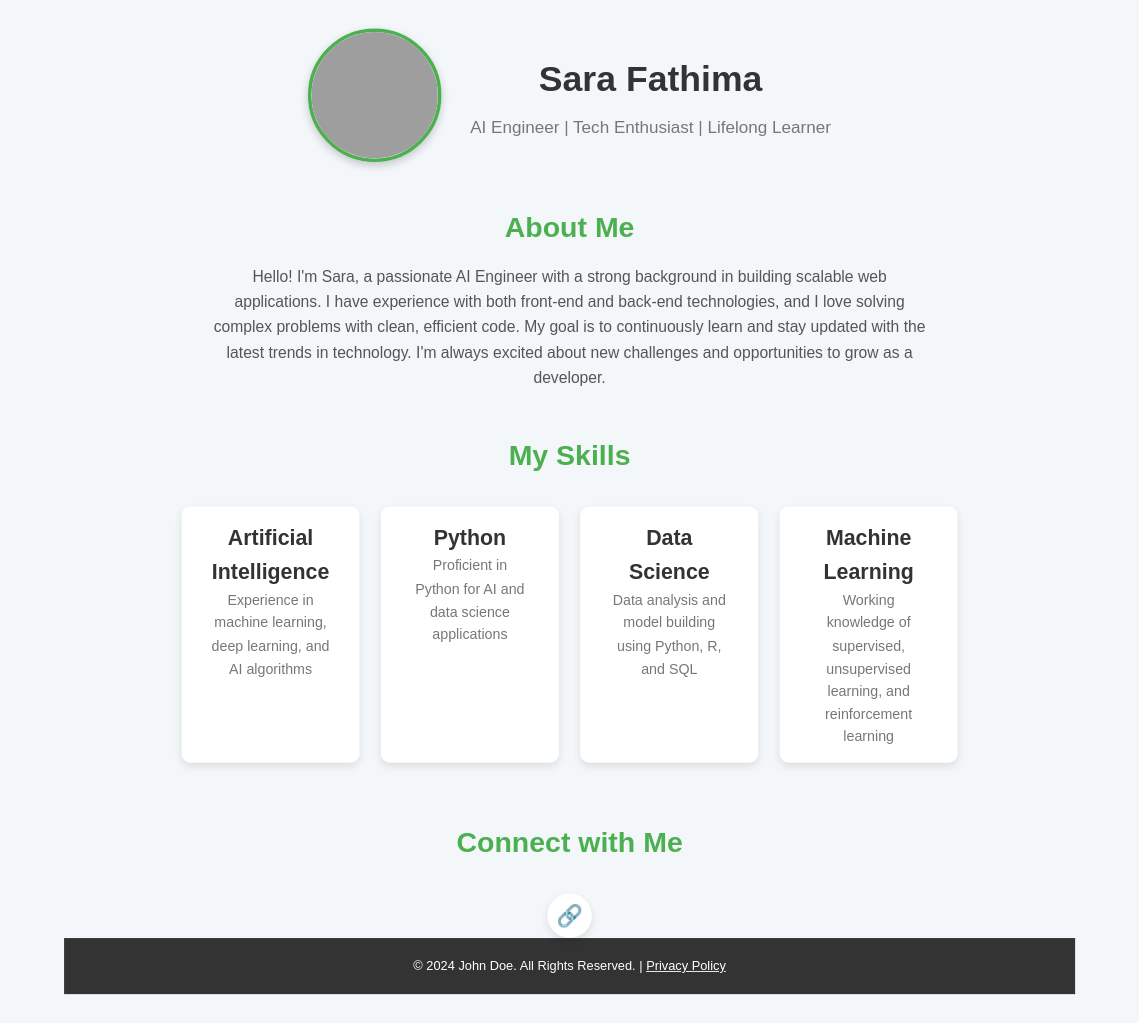
Repository: Syed1818/project
Page: profile.html
These files come from the project's save history. The page is drawn as it stood at one moment and after the next save; the edit follows.
The browser window is 1280 px wide. The pictures show the whole page, at 89% of full size.
Pictures or frames that could not be fetched are drawn as grey boxes.

Above is the page before, as saved 2024-12-02 21:00:40.

### profile.html
<!DOCTYPE html>
<html lang="en">
<head>
    <meta charset="UTF-8">
    <meta name="viewport" content="width=device-width, initial-scale=1.0">
    <title>Your Profile</title>
    <style>
        /* Reset and Basic Styles */
        * {
            margin: 0;
            padding: 0;
            box-sizing: border-box;
        }

        body {
            font-family: 'Arial', sans-serif;
            background-color: #f4f7fa;
            color: #333;
            line-height: 1.6;
        }

        /* Profile Section */
        .profile-container {
            max-width: 1200px;
            margin: 0 auto;
            padding: 2rem;
        }

        .profile-header {
            display: flex;
            justify-content: center;
            align-items: center;
            text-align: center;
            margin-bottom: 3rem;
        }

        .profile-header img {
            width: 150px;
            height: 150px;
            border-radius: 50%;
            border: 4px solid #4CAF50;
            margin-right: 2rem;
            box-shadow: 0 4px 10px rgba(0, 0, 0, 0.2);
        }

        .profile-header h1 {
            font-size: 2.5rem;
            color: #333;
            margin-bottom: 0.5rem;
        }

        .profile-header p {
            font-size: 1.2rem;
            color: #777;
        }

        /* About Section */
        .about-section {
            text-align: center;
            margin-bottom: 3rem;
        }

        .about-section h2 {
            font-size: 2rem;
            color: #4CAF50;
            margin-bottom: 1rem;
        }

        .about-section p {
            font-size: 1.1rem;
            color: #555;
            max-width: 800px;
            margin: 0 auto;
        }

        /* Skills Section */
        .skills-section {
            margin-bottom: 4rem;
        }

        .skills-section h2 {
            font-size: 2rem;
            color: #4CAF50;
            text-align: center;
            margin-bottom: 2rem;
        }

        .skills-list {
            display: flex;
            justify-content: center;
            flex-wrap: wrap;
            gap: 1.5rem;
        }

        .skill {
            background-color: #fff;
            border-radius: 10px;
            padding: 1rem 2rem;
            box-shadow: 0 4px 10px rgba(0, 0, 0, 0.1);
            transition: all 0.3s ease;
            text-align: center;
            width: 200px;
        }

        .skill:hover {
            transform: translateY(-10px);
            box-shadow: 0 8px 15px rgba(0, 0, 0, 0.2);
        }

        .skill h3 {
            font-size: 1.5rem;
            color: #333;
        }

        .skill p {
            font-size: 1rem;
            color: #777;
        }

        /* Social Media Section */
        .social-media {
            text-align: center;
            margin-top: 3rem;
        }

        .social-media h2 {
            font-size: 2rem;
            color: #4CAF50;
            margin-bottom: 2rem;
        }

        .social-media ul {
            list-style: none;
            display: flex;
            justify-content: center;
            gap: 1.5rem;
        }

        .social-media ul li {
            width: 50px;
            height: 50px;
            background-color: #fff;
            border-radius: 50%;
            display: flex;
            justify-content: center;
            align-items: center;
            box-shadow: 0 4px 10px rgba(0, 0, 0, 0.1);
            transition: transform 0.3s ease;
        }

        .social-media ul li:hover {
            transform: translateY(-5px);
        }

        .social-media ul li a {
            color: #333;
            font-size: 1.5rem;
            text-decoration: none;
        }

        .social-media ul li a:hover {
            color: #4CAF50;
        }

        /* Footer */
        footer {
            text-align: center;
            padding: 20px 20px;
            top: 10px;
            background-color: #333;
            color: white;
        }

        footer p {
            font-size: 0.9rem;
        }
    </style>
</head>
<body>

    <div class="profile-container">
        <!-- Profile Header -->
        <div class="profile-header">
            <img src="https://media.licdn.com/dms/image/v2/D4E03AQGuGxKQycFC0g/profile-displayphoto-shrink_400_400/profile-displayphoto-shrink_400_400/0/1713798304352?e=1737590400&v=beta&t=i2s9TJBFsF-2XZcw2WneA0de2JTcgz8lsbHUMZ2WS6g" alt="Profile Picture">
            <div>
                <h1>Sara Fathima</h1>
                <p>AI Engineer | Tech Enthusiast | Lifelong Learner</p>
            </div>
        </div>

        <!-- About Section -->
        <section class="about-section">
            <h2>About Me</h2>
            <p>Hello! I'm Sara, a passionate AI Engineer with a strong background in building scalable web applications. I have experience with both front-end and back-end technologies, and I love solving complex problems with clean, efficient code. My goal is to continuously learn and stay updated with the latest trends in technology. I'm always excited about new challenges and opportunities to grow as a developer.</p>
        </section>

        <!-- Skills Section -->
        <section class="skills-section">
            <h2>My Skills</h2>
            <div class="skills-list">
                <div class="skill">
                    <h3>Artificial Intelligence</h3>
                    <p>Experience in machine learning, deep learning, and AI algorithms</p>
                </div>
                <div class="skill">
                    <h3>Python</h3>
                    <p>Proficient in Python for AI and data science applications</p>
                </div>
                <div class="skill">
                    <h3>Data Science</h3>
                    <p>Data analysis and model building using Python, R, and SQL</p>
                </div>
                <div class="skill">
                    <h3>Machine Learning</h3>
                    <p>Working knowledge of supervised, unsupervised learning, and reinforcement learning</p>
                </div>
            </div>
        </section>

        <!-- Social Media Section -->
        <section class="social-media">
            <h2>Connect with Me</h2>
            <ul>
                <li><a href="https://www.linkedin.com/in/a-sara-fathima-a237592b4?lipi=urn%3Ali%3Apage%3Ad_flagship3_profile_view_base_contact_details%3Bb9Yoh9yESqqOwGi0mVraZw%3D%3D" target="_blank">🔗</a></li>
            </ul>
        </section>

        <!-- Footer -->
        <footer>
            <p>&copy; 2024 John Doe. All Rights Reserved. | <a href="privacy-policy.html" style="color: white;">Privacy Policy</a></p>
        </footer>
    </div>

</body>
</html>

After the next save:
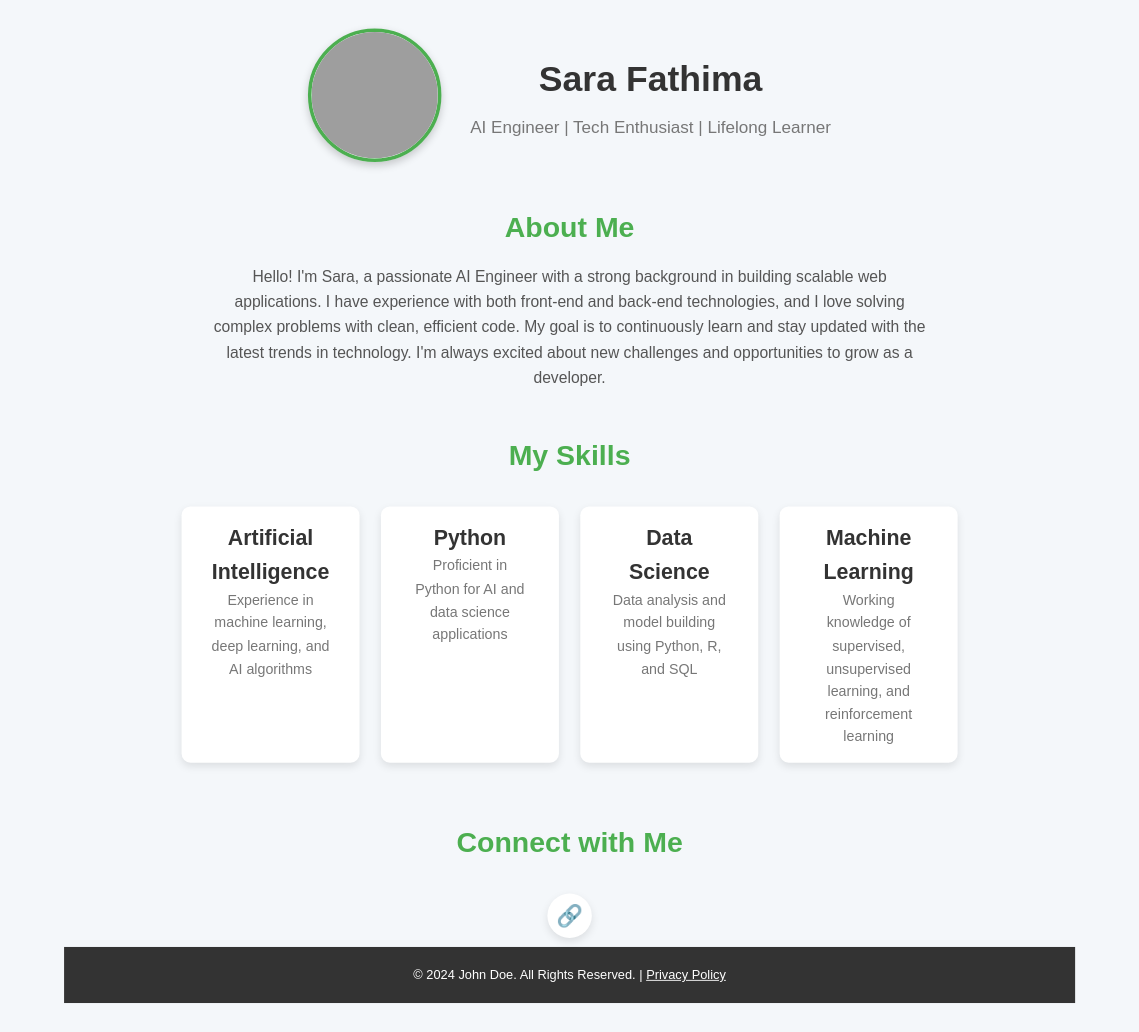
Saved 15 s later.
--- a/profile.html
+++ b/profile.html
@@ -166,7 +166,7 @@
         footer {
             text-align: center;
             padding: 20px 20px;
-            top: 10px;
+            margin-top: 10px;
             background-color: #333;
             color: white;
         }
